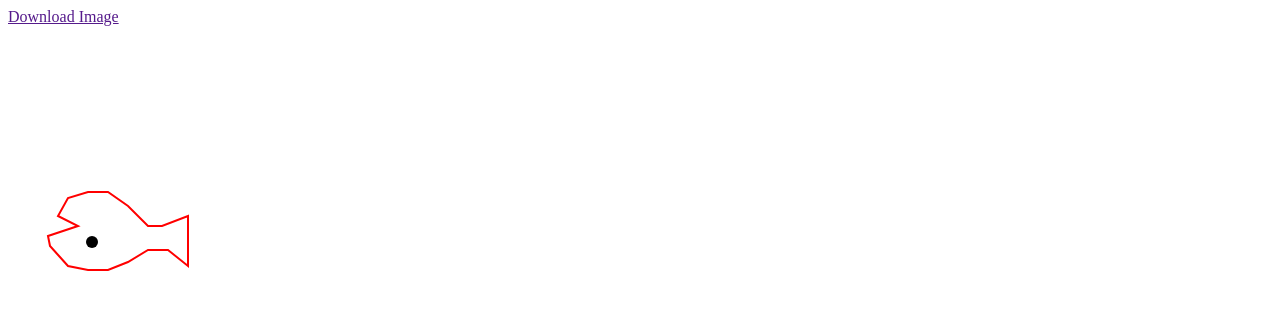
Repository: tclintaichung/book
Page: ex16/ex16_01/fish.html
These files come from the project's save history. The page is drawn as it stood at one moment and after the next save; the edit follows.
The browser window is 1280 px wide. The pictures show the whole page.

Above is the page before, as saved 2025-09-27 11:09:34.

### ex16/ex16_01/fish.html
<!DOCTYPE html>
<html lang="en">
<head>
    <meta charset="UTF-8">
    <meta name="viewport" content="width=device-width, initial-scale=1.0">
    <title>Create Shapes</title>
</head>
<body>
    <a download="rubikCube.jpg" href="" onclick="downloadImage(this);">Download Image</a><br/>
    <canvas id="myCanvas" width="300px" height="300px"></canvas>
    <script>
        const colors = ["#FF0000", "#00FF00", "#0000FF", "#FFFF00", "#FFA500", "#FFFFFF"];
        const myCube = document.getElementById("myCanvas");
        const ctx = myCube.getContext("2d");
        const point_x = [2,2.1,3,4,5,5.5, 6,7,8,9,9.0,7.7,7,6,5,4,3,2.5,3.5];
        const point_y = [4.5,4,3,2.8,2.8,3.0,3.2,3.8,3.8,3.0,5.5,5,5,6,6.7,6.7,6.4,5.5,5];

        for (let i = 0; i < point_x.length; i++) {
            point_x[i] = point_x[i] * 20;
            point_y[i] = myCube.height - point_y[i] * 20;
        }
        ctx.beginPath();
        ctx.moveTo(point_x[0], point_y[0]);
        for (let i = 1; i < point_x.length; i++) {
            ctx.lineTo(point_x[i], point_y[i]);
        }
        ctx.closePath();
        ctx.strokeStyle = colors[0];
        ctx.lineWidth = 2;
        ctx.stroke();
        ctx.beginPath();
        const center_x = 4.2 * 20;
        const center_y = myCube.height - 4.2 * 20;
        const radius = 1.2 * 5;
        ctx.arc(center_x, center_y, radius, 0, 2 * Math.PI);
        ctx.moveTo(center_x, center_y);
        ctx.fillStyle = 'black';
        ctx.fill();

   </script>
</body>
</html>

After the next save:
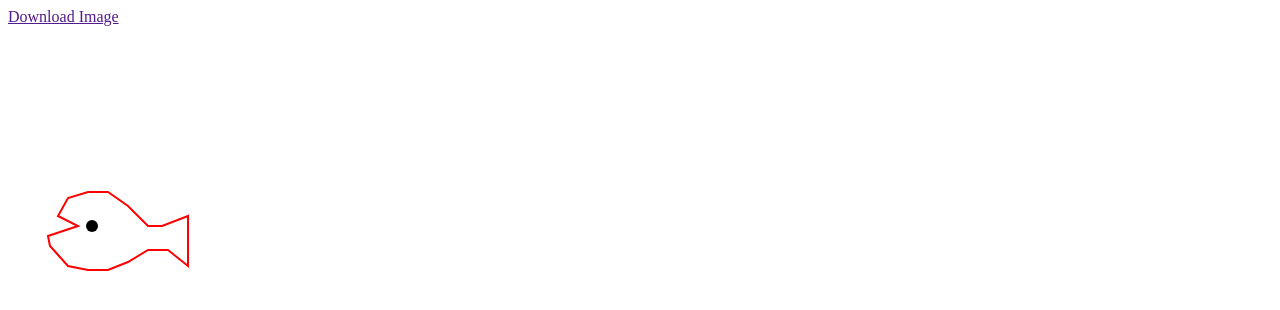
Saved 9 s later.
--- a/ex16/ex16_01/fish.html
+++ b/ex16/ex16_01/fish.html
@@ -30,7 +30,7 @@
         ctx.stroke();
         ctx.beginPath();
         const center_x = 4.2 * 20;
-        const center_y = myCube.height - 4.2 * 20;
+        const center_y = myCube.height - 5. * 20;
         const radius = 1.2 * 5;
         ctx.arc(center_x, center_y, radius, 0, 2 * Math.PI);
         ctx.moveTo(center_x, center_y);
